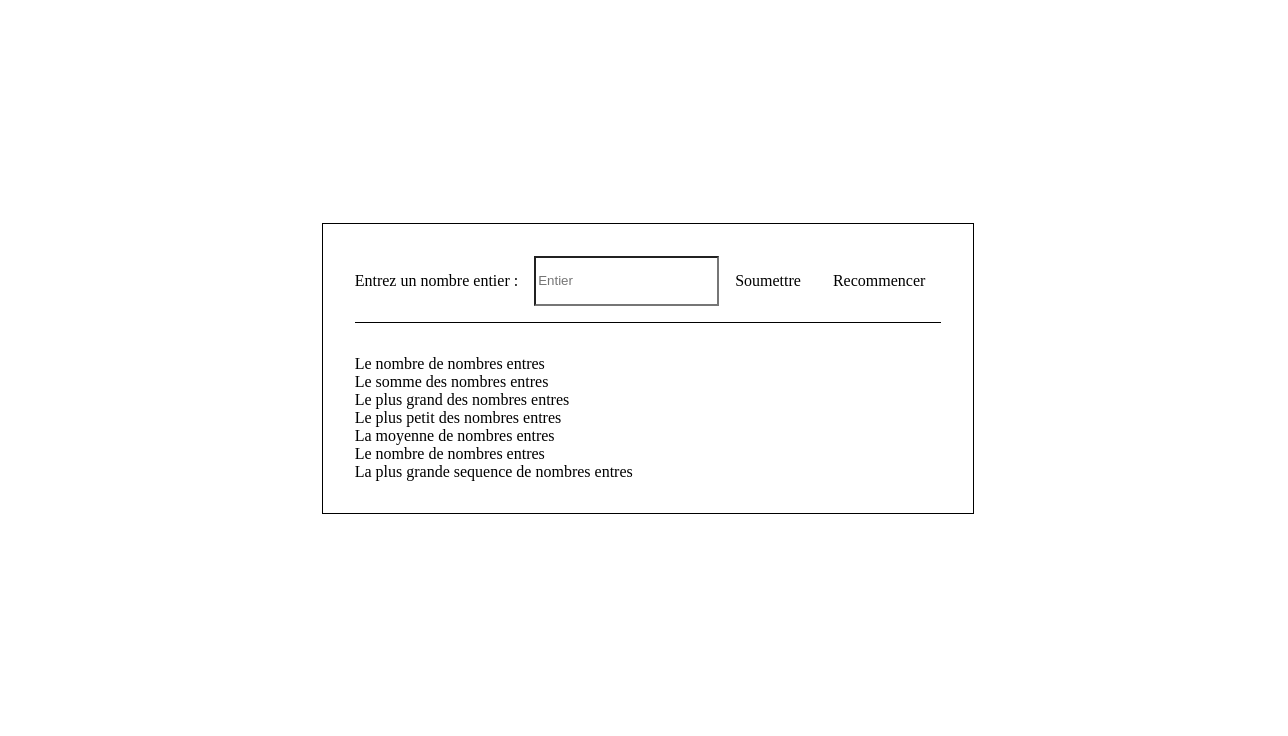
Repository: Thomas088/asbl-proforma
Page: exercices/js/ex-01/index.html
An editor plug-in stored every save of this project. The page is shown before and after the next save, followed by the edit.
The browser window is 1280 px wide. The page is 1288 px wide, so the pictures cover 1288 px, including what lies to the right of the window. The pictures show the whole page.

Above is the page before, as saved 2020-03-20 01:54:30.

After the next save:
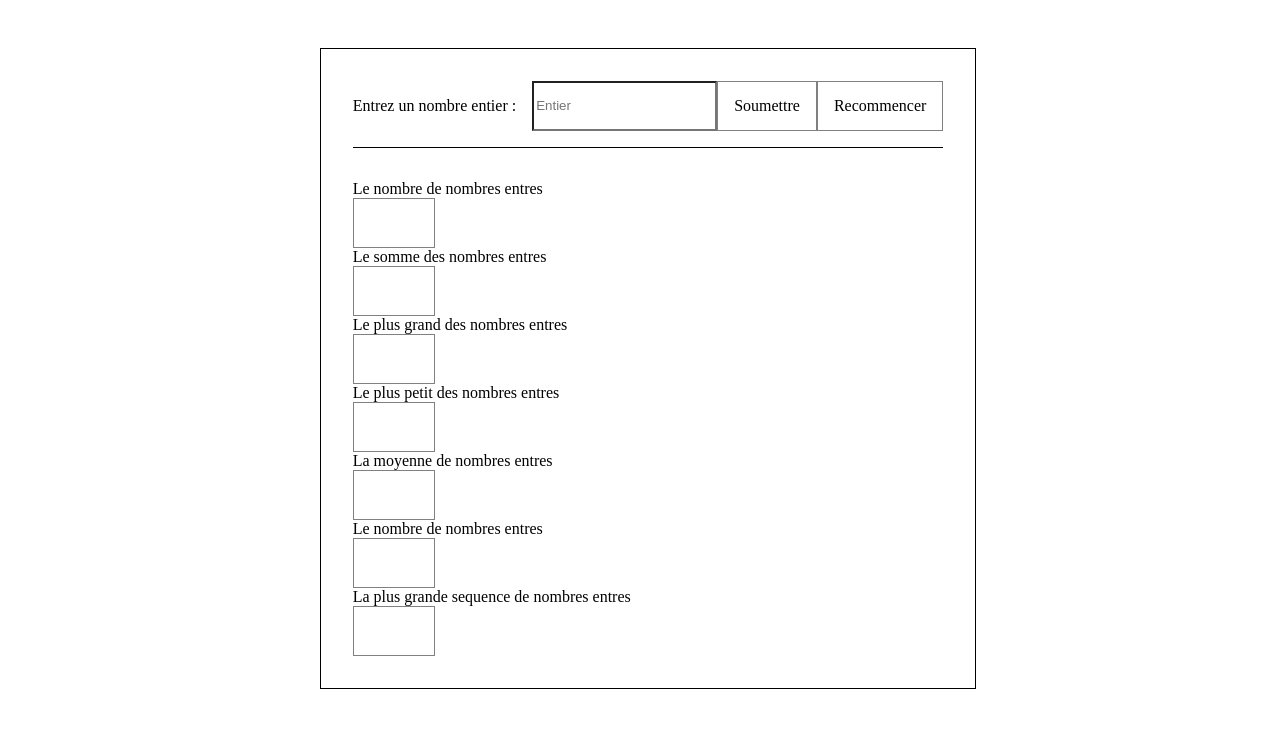
Saved 79 s later.
--- a/exercices/js/ex-01/style.css
+++ b/exercices/js/ex-01/style.css
@@ -31,6 +31,12 @@ body {
     display: flex;
     justify-content: center;
     align-items: center;
-    border: 1px solix gray;
+    border: 1px solid gray;
     padding: 0 1rem;
 }
+
+.result {
+    width: 5rem;
+    height: 3rem;
+    border: 1px solid gray;
+}
